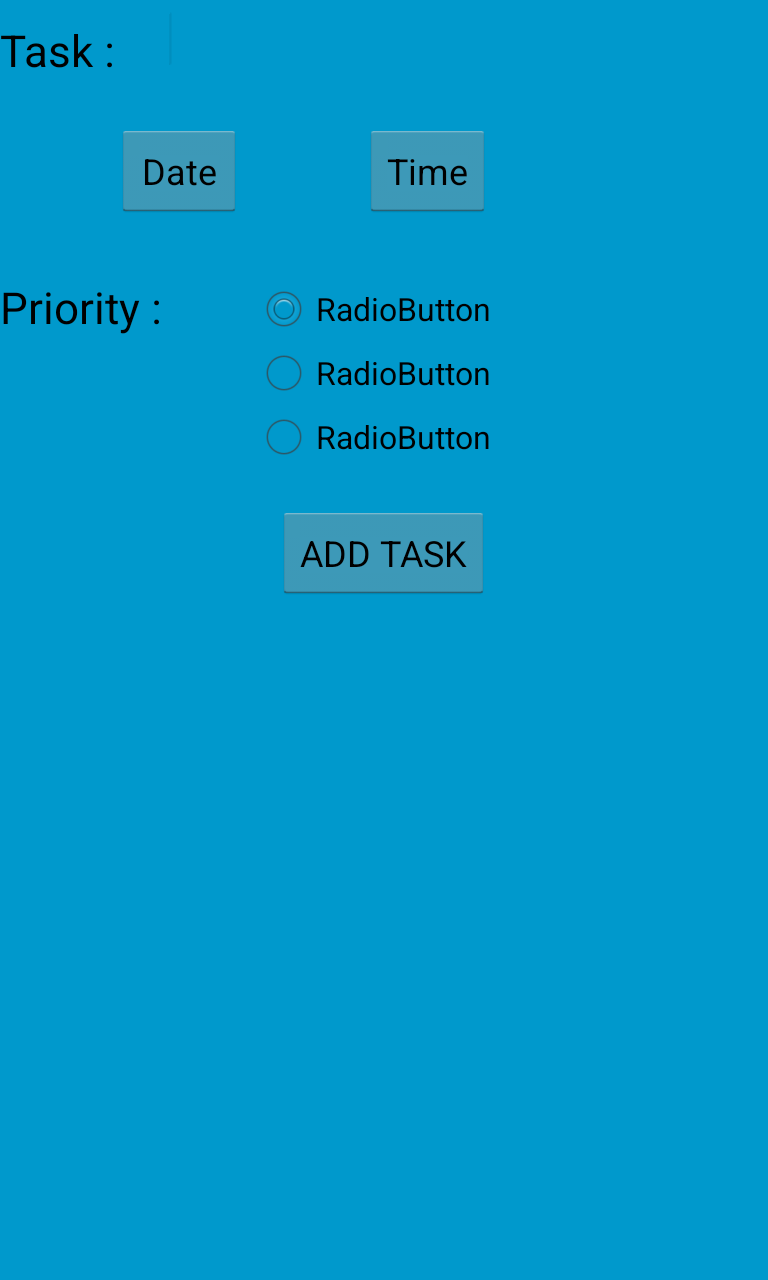
Repository: satyadarls/ToDo
Layout: ToDo/res/layout/customdialog_layout.xml
The author's editor kept a copy of each file at every save. The layout is drawn from the files as they stood at one save, then again after the next save.
It is drawn on a 768 x 1280 px phone screen (xhdpi) without system bars, with theme AppTheme; the app's code is not run.

Above is the layout before, as saved 2014-07-03 14:42:15.

After the next save:
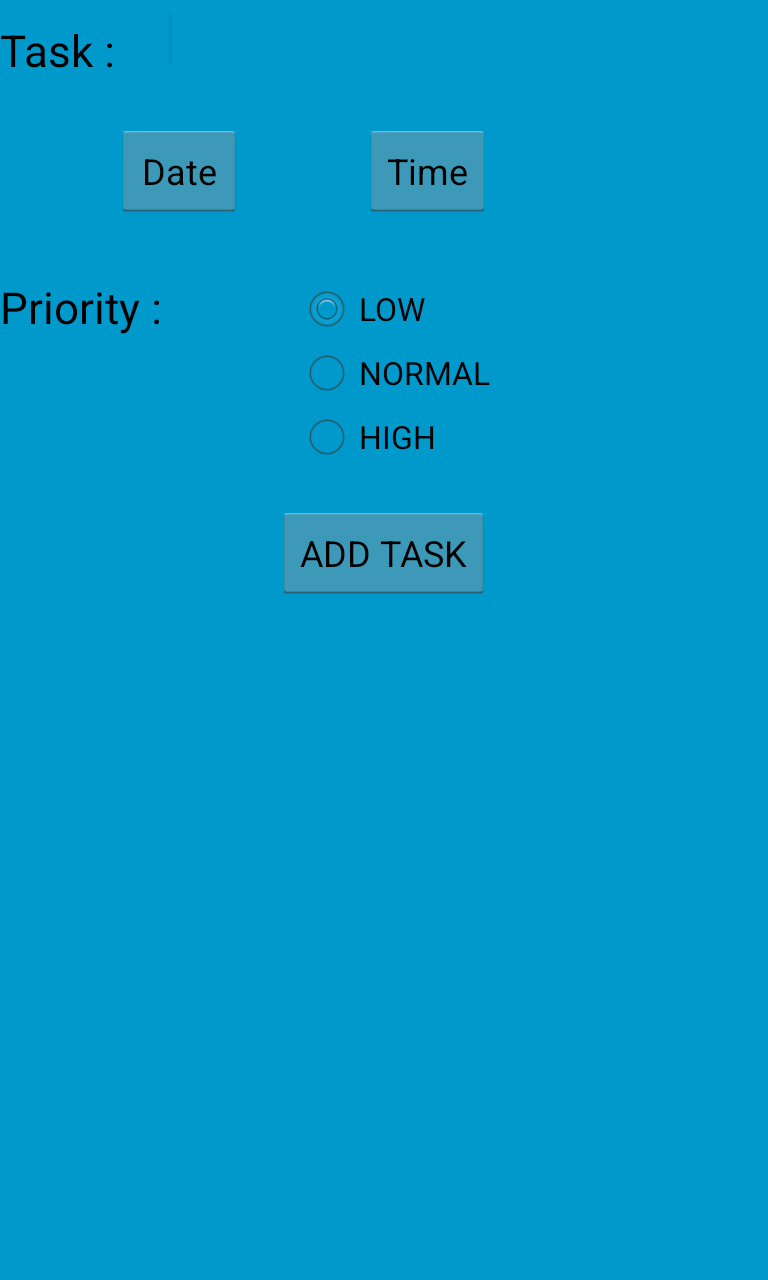
Saved 38 s later.
--- a/ToDo/res/layout/customdialog_layout.xml
+++ b/ToDo/res/layout/customdialog_layout.xml
@@ -58,19 +58,19 @@
             android1:layout_width="wrap_content"
             android1:layout_height="wrap_content"
             android1:checked="true"
-            android1:text="RadioButton" />
+            android1:text="LOW" />
 
         <RadioButton
             android1:id="@+id/radio1"
             android1:layout_width="wrap_content"
             android1:layout_height="wrap_content"
-            android1:text="RadioButton" />
+            android1:text="NORMAL" />
 
         <RadioButton
             android1:id="@+id/radio2"
             android1:layout_width="wrap_content"
             android1:layout_height="wrap_content"
-            android1:text="RadioButton" />
+            android1:text="HIGH" />
     </RadioGroup>
 
     <Button
